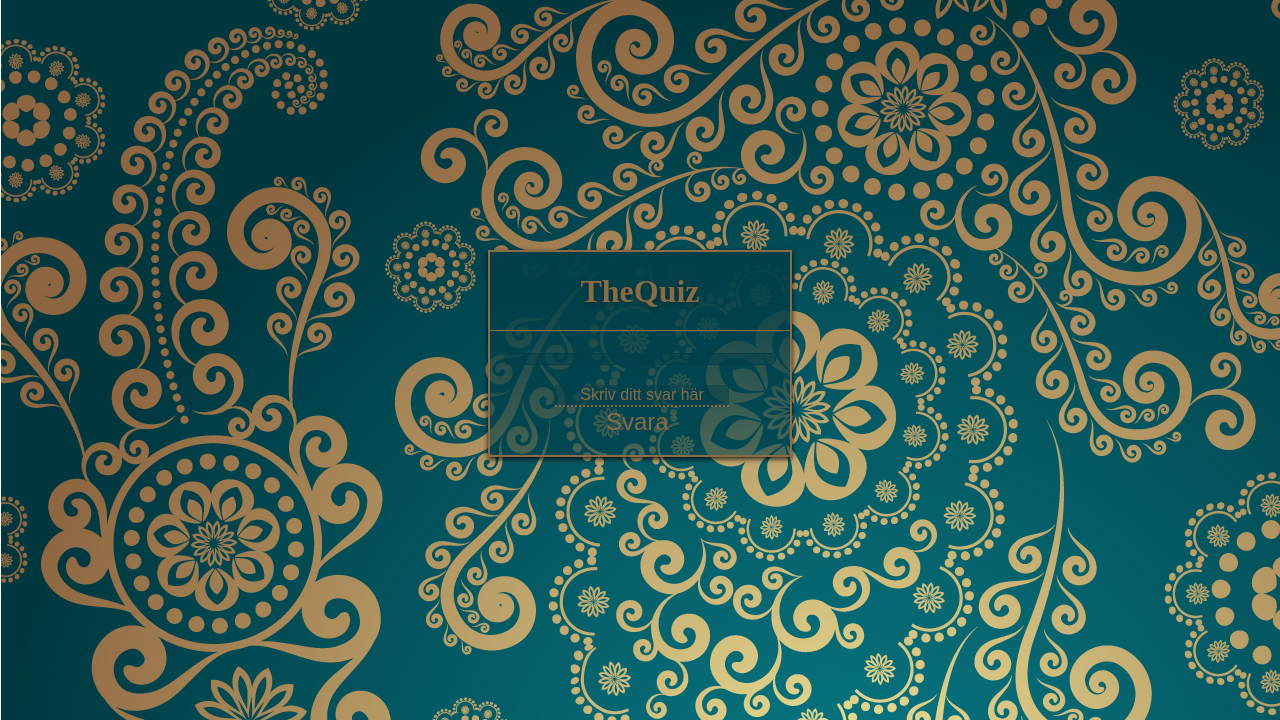
Repository: RebeccaFransson/1dv403-laborationer
Page: 4-thequiz/index.html
The author's editor kept a record of every edit. The page is drawn from the files as they stood at one moment, then again after the next edit.
The browser window is 1280 px wide. The pictures show the whole page.

Above is the page before.
Console error: SyntaxError: Unexpected token ')'

### 4-thequiz/index.html
<!DOCTYPE html>
<html lang="sv">
<head>
	<meta charset="UTF-8" />
	<link rel="stylesheet" href="style.css" />
    <title>JavaScript - TheQuiz</title>
</head>
    <body>
        <div id="content">
        <header><h1>TheQuiz</h1></header>
        <div id="nr">
            <div id="quest"></div>
        </div>
        <form>
     		<input placeholder="Skriv ditt svar här" type="text" id="textvalue"/>
     		<input type="submit" value="Svara" id="send"/>
     		<p id="value"></p>
        </form>

        <div id="answer">
        </div>

 		</div>
 		<script src="script/theQuiz.js"></script>
    </body>
</html>

### 4-thequiz/style.css
body{
    background-image: url('BG.jpg');
    color:#8B6B45;
}
#content{
    width:300px;
    margin:auto;
    margin-top:250px;
    border: 2px solid #8B6B45;
    box-shadow: 0 2px 5px rgba(0, 0, 0, 0.8);
    background-color:rgba(0, 63, 72, 0.9);

    /*background: -webkit-linear-gradient(180deg, rgba(0, 63, 72, 1),rgba(0, 63, 72, 0.5)); Safari 5.1-6
  background: -o-linear-gradient(180deg, rgba(0, 63, 72, 1),rgba(0, 63, 72, 0.5)); Opera 11.1-12
  background: -moz-linear-gradient(180deg, rgba(0, 63, 72, 1),rgba(0, 63, 72, 0.5)); Fx 3.6-15*/
  background: linear-gradient(180deg, rgba(0, 63, 72, 1),rgba(0, 63, 72, 0.6)); /*Standard*/

}
h1{
    width: 300px;
    text-align:center;
    border:rgba(0, 63, 72, 0.5);
    border-bottom:1px solid #8B6B45;
    padding-bottom:20px;
    text-shadow: 0 2px 5px rgba(0, 0, 0, 0.3);
}
#nr{
    width: 270px;
    margin:auto;
    margin-bottom:20px;
    text-shadow: 0 2px 5px rgba(0, 0, 0, 0.8);
    text-align:center;
    font-size:1em;
    background-color:rgba(0, 63, 72, 0.5);
    border:1px solid rgb(0, 63, 72);
    -moz-border-radius: 10px;
    border-radius: 10px;
}
#quest{
    text-shadow: 0 2px 5px rgba(0, 0, 0, 0.3);
    text-align:center;
    font-size:2em;
    margin:10px;
}
form{
    width:270px;
    height:70px;
    margin:auto;
}
#textvalue{
    width:170px;
    position:relative;
    left:50px;
    border:rgba(0, 63, 72, 0.5);
    border-bottom:2px dotted #8B6B45;
    text-align:center;
    font-size:1em;
    background-color:rgba(0, 63, 72, 0.5);
    color: #8B6B45;
}
#send{
    width:70px;
    color: #8B6B45;
    margin-left:95px;
    border:none;
    font-size:1.5em;
    background-color:rgba(0, 63, 72, 0.1);

}
#send:hover{
    color:#8D6541;
    text-shadow: 0 5px 5px rgba(0, 0, 0, 0.3);
}
::-webkit-input-placeholder {
   color: #8B6B45;
}

:-moz-placeholder { /* Firefox 18- */
   color: #8B6B45;
}

::-moz-placeholder {  /* Firefox 19+ */
   color: #8B6B45;
}

:-ms-input-placeholder {
   color: #8B6B45;
}

#answer{
    width:300px;
    font-size:1.5em;
    text-align:center;
    position:absolute;
    top:510px;
    -moz-border-radius: 10px;
    border-radius: 10px;
    box-shadow: 0 5px 5px rgba(0, 0, 0, 0.8);
     background-color:rgba(0, 63, 72, 0.9);
}

h2{
    font-size:1.8em;
    text-shadow: 0 2px 5px rgba(0, 0, 0, 0.3);
    margin:0;
}
}
.hidden{
    display:none;
}

### 4-thequiz/script/theQuiz.js

var theQuiz = {

nextURL: '',
times: 0,
timedArr: [],

    get: function(){

        if(theQuiz.times != 0){
            theQuiz.timedArr.push(theQuiz.times);
            console.log('TIMES!!!'+theQuiz.times);
            console.log('ARRAYN!!'+theQuiz.timedArr);
            theQuiz.times = 0;
        }

        //theQuiz.timedArr.length = 0;

        theQuiz.nextURL = theQuiz.nextURL || "http://vhost3.lnu.se:20080/question/1";
            var xhr = new XMLHttpRequest();

            xhr.onreadystatechange = function(){ //denna kod skall köras när vi får ett svar
                if(xhr.readyState === 4 && xhr.status === 200){//allt ok

                    var quest = JSON.parse(xhr.responseText);
                    console.log('OK Fråga: '+quest.question); //svarstext

                    document.getElementById('quest').innerHTML = quest.question;
                    document.getElementById('send').onclick = function(e){//hämtar ut knapp, sätter klick
                    theQuiz.times++;
                    console.log('TIMES'+theQuiz.times);
                    e.preventDefault();
                    theQuiz.send(xhr, quest);
                };

                }else if(xhr.status === 404){
                        console.log('Hittades ej');
                }else{
                    console.log('Annat problem med att ta emot från server');
                }
            };

            xhr.open('GET', theQuiz.nextURL, true); //asynkromt anrop

            xhr.send(null);
    },

    send: function(xhr, quest){
            var input = document.getElementById('textvalue').value;

            xhr.open('POST', quest.nextURL, true);//skicka data till nästa url
            xhr.setRequestHeader('Content-Type', 'application/json');//talar om att ypen är json

            var product = {
                id: 1,
                answer: input,
            };

            xhr.send(JSON.stringify(product));

            xhr.onreadystatechange = function(){ //denna kod skall köras när vi får ett svar

                if(){
                var ansBox = document.getElementById('answer');
                var answer = JSON.parse(xhr.responseText);

                if(answer.nextURL != undefined){//RÄTT GRÖN FÄRG
                    ansBox.innerHTML = answer.message;
                    ansBox.setAttribute('style', 'border: 2px solid rgba(115, 240, 44, 0.5)');

                    theQuiz.nextURL = answer.nextURL;
                    theQuiz.get();
                }else if(xhr.status === 400){//fel BLI RÖD
                    ansBox.innerHTML = answer.message;
                    ansBox.setAttribute('style', 'border: 2px solid rgba(255, 44, 44, 0.5)');

                }else{//slut på frågor
                    ansBox.setAttribute('style', 'border: 2px solid #8B6B45');
                    //ansBox.innerHTML = 'Grattis! Du klarade hela Quizet på '+theQuiz.times+' försök';
                    for(var i = 1; i <= theQuiz.timedArr.length; i++){
                        ansBox.innerHTML += 'Fråga '+i+' tog '+theQuiz.timedArr[i-1]+'försök <br>';
                    }
                }
                document.getElementById('textvalue').value = "";
            };
    }
};
window.onload = theQuiz.get;

After the next edit:
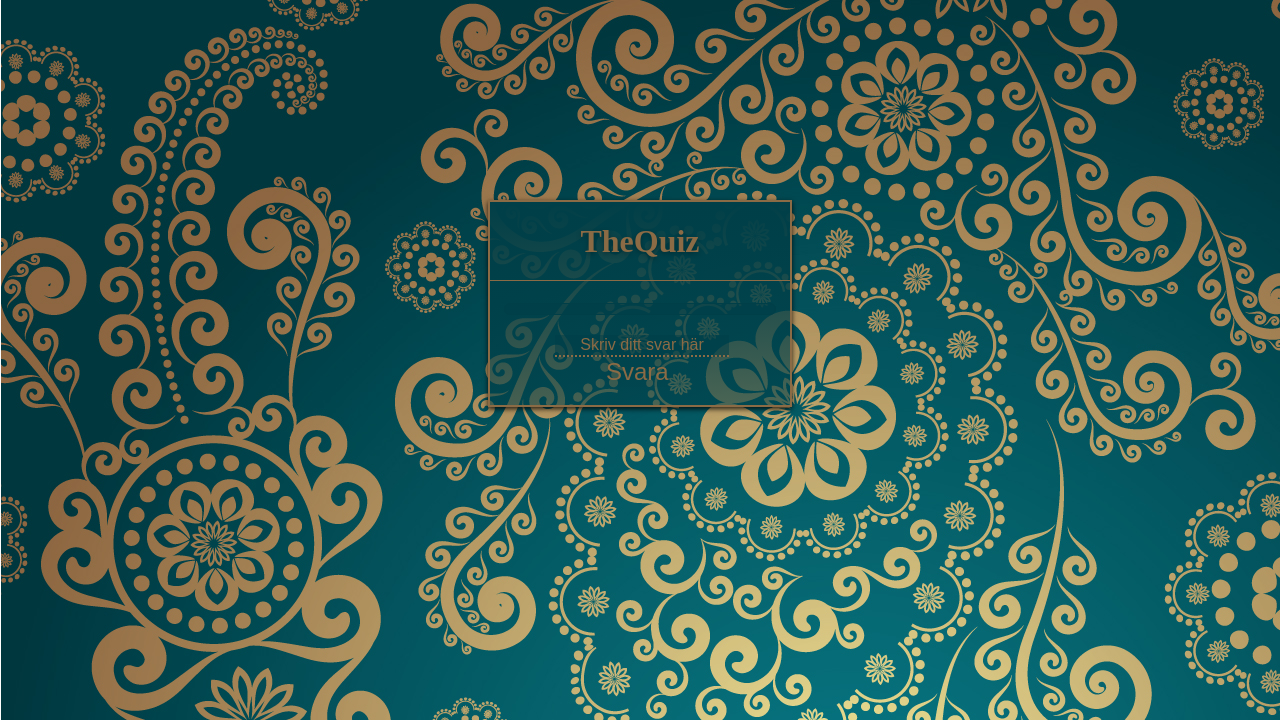
The edit:
--- a/4-thequiz/style.css
+++ b/4-thequiz/style.css
@@ -5,10 +5,9 @@
 #content{
     width:300px;
     margin:auto;
-    margin-top:250px;
+    margin-top:200px;
     border: 2px solid #8B6B45;
     box-shadow: 0 2px 5px rgba(0, 0, 0, 0.8);
-    background-color:rgba(0, 63, 72, 0.9);
 
     /*background: -webkit-linear-gradient(180deg, rgba(0, 63, 72, 1),rgba(0, 63, 72, 0.5)); Safari 5.1-6
   background: -o-linear-gradient(180deg, rgba(0, 63, 72, 1),rgba(0, 63, 72, 0.5)); Opera 11.1-12
@@ -92,7 +91,7 @@
     font-size:1.5em;
     text-align:center;
     position:absolute;
-    top:510px;
+    top:0px;
     -moz-border-radius: 10px;
     border-radius: 10px;
     box-shadow: 0 5px 5px rgba(0, 0, 0, 0.8);
